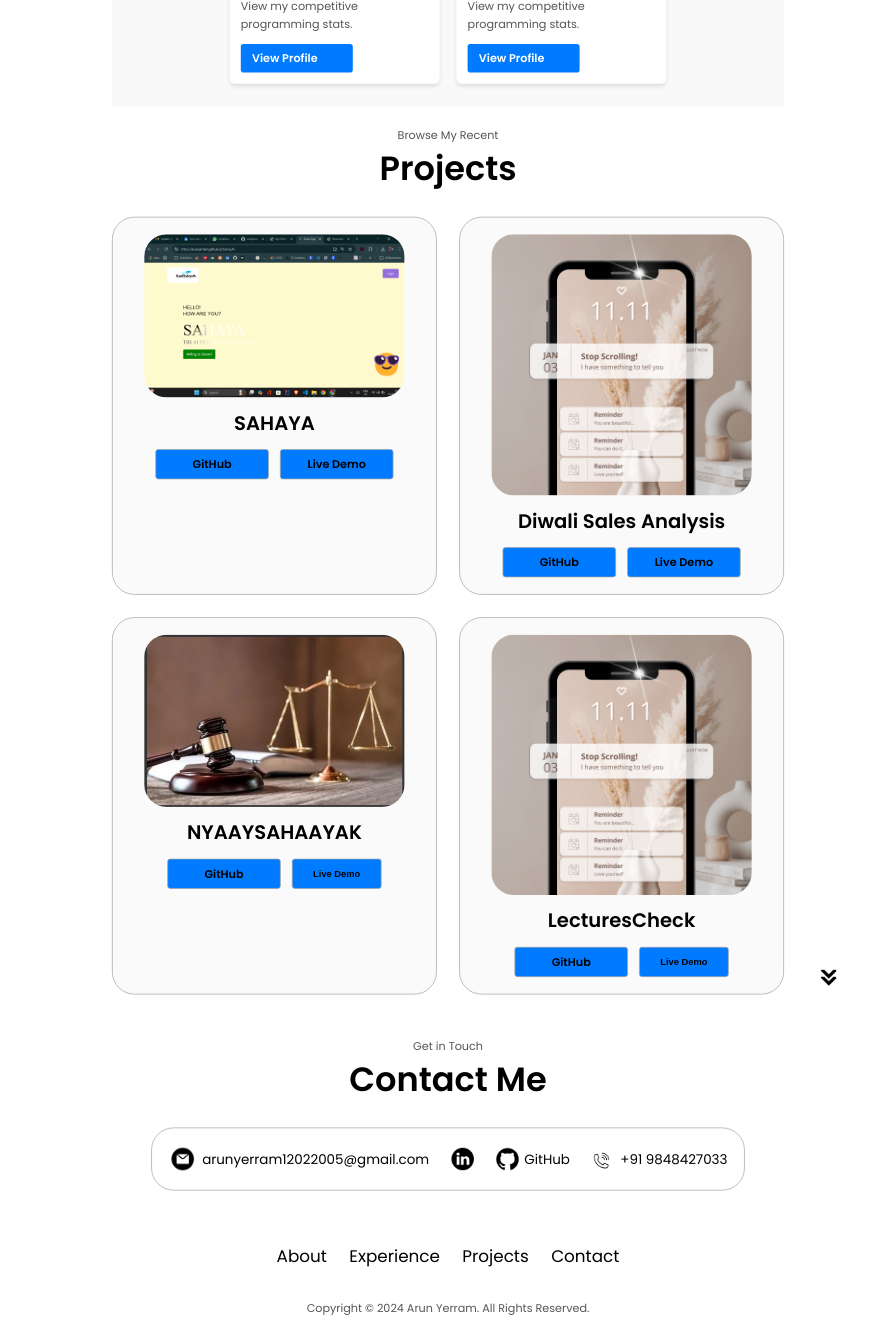
Repository: arunyerram/PortFolio
Page: index.html
These files come from the project's save history. The page is drawn as it stood at one moment and after a run of saves; the edit follows.
The browser window is 1280 px wide. The pictures show the part of the page from y = 2874 to 4794 px (the page is 4794 px tall), at 70% of full size.

Above is the page before, as saved 2025-03-15 18:33:23.

### index.html
<!DOCTYPE html>
<html lang="en">
<head>
  <meta charset="UTF-8" />
  <meta http-equiv="X-UA-Compatible" content="IE=edge" />
  <meta name="viewport" content="width=device-width, initial-scale=1.0" />
  <title>My Portfolio</title>
  <link rel="stylesheet" href="style.css" />
  <link rel="stylesheet" href="mediaqueries.css" />
</head>
<body>
  <nav id="desktop-nav">
    <div class="logo">ARUN YERRAM</div>
    <div>
      <ul class="nav-links">
        <li><a href="#about">About</a></li>
        <li><a href="#experience">Experience</a></li>
        <li><a href="#projects">Projects</a></li>
        <li><a href="#contact">Contact</a></li>
      </ul>
    </div>
  </nav>
  <nav id="hamburger-nav">
    <div class="logo">ARUN YERRAM</div>
    <div class="hamburger-menu">
      <div class="hamburger-icon" onclick="toggleMenu()">
        <span></span>
        <span></span>
        <span></span>
      </div>
      <div class="menu-links">
        <li><a href="#about" onclick="toggleMenu()">About</a></li>
        <li><a href="#experience" onclick="toggleMenu()">Experience</a></li>
        <li><a href="#projects" onclick="toggleMenu()">Projects</a></li>
        <li><a href="#contact" onclick="toggleMenu()">Contact</a></li>
      </div>
    </div>
  </nav>
  <section id="profile">
    <div class="section__pic-container">
      <img src="./assets/Photo1.jpg" alt="John Doe profile picture" width="400px" height="250px" />
    </div>
    <div class="section__text">
      <p class="section__text__p1">Hello, I'm</p>
      <h1 class="title">ARUN YERRAM</h1>
      <p class="section__text__p2">FullStack Developer</p>
      <div class="btn-container">
        <button class="btn btn-color-2" onclick="window.open('./assets/My_Resume.pdf')">Download CV</button>
        <button class="btn btn-color-1" onclick="location.href='./#contact'">Contact Info</button>
      </div>

      <!-- <div id="coding-profiles">
        <p>My Coding Profiles</p>
        <div class="coding-icons">
          <img src="./assets/leetcode.png" alt="My LeetCode profile" class="icon" onclick="window.open('https://leetcode.com/u/arun_2005/', '_blank')" width="80px"/>
          <img src="./assets/GFG.jpeg" alt="My GFG profile" class="icon" width="80px" onclick="window.open('https://www.geeksforgeeks.org/user/arunyerram/?utm_source=geeksforgeeks&utm_medium=my_profile&utm_campaign=auth_user', '_blank')" />
          <img src="./assets/CodeChef.jpeg" alt="My CodeChef profile" class="icon" onclick="window.open('https://www.codechef.com/users/yarun2k05', '_blank')" width="80px"/>
          <img src="./assets/Codeforces.png" alt="My CodeForces profile" class="icon" width="80px" onclick="window.open('https://codeforces.com/profile/Arunyerram_12', '_blank')" />
          <img src="./assets/IB.png" alt="My InterviewBit profile" class="icon" width="80px" onclick="window.open('https://www.interviewbit.com/profile/yerram-arun/', '_blank')" />
        </div> -->
    </div>
  </section>
  <section id="about">
    <p class="section__text__p1">Get To Know More</p>
    <h1 class="title">About Me</h1>
    <div class="section-container">
      <div class="section__pic-container">
        <img src="./assets/Photo1.jpg" alt="Profile picture" class="about-pic" width="300px"/>
      </div>
      <div class="about-details-container">
        <div class="about-containers">
          <div class="details-container">
            <img src="./assets/experience.png" alt="Experience icon" class="icon" />
            <h3>Experience and Learning</h3>
            <p>0-2 years <br />Full Stack Development</p>
          </div>
          <div class="details-container">
            <img src="./assets/education.png" alt="Education icon" class="icon" />
            <h3>Education</h3>
            <p>Pursuing B.Tech (Bachelors Degree) Majoring in Data Science From Keshav Memorial Institute of Technology <br /></p>
          </div>
        </div>
        <div class="text-container">
          <p>I have a keen interest in <b>Full Stack Development , </b> <b>Problem Solving</b> and am eager to learn <b> Data Science </b> and explore various tech fields.</p>
        </div>
      </div>
    </div>
    <img src="./assets/arrow.png" alt="Arrow icon" class="icon arrow" onclick="location.href='./#experience'" />
  </section>
  <section id="experience">
    <p class="section__text__p1">Explore My</p>
    <h1 class="title">Experience</h1>
    <div class="experience-details-container">
      <div class="about-containers">
        <div class="details-container">
          <h2 class="experience-sub-title">Full Stack Development</h2>
          <div class="article-container">
            <article>
              <img src="./assets/checkmark.png" alt="Experience icon" class="icon" />
              <div>
                <h3>HTML</h3>
                <p>Experienced</p>
              </div>
            </article>

            <article>
              <img src="./assets/checkmark.png" alt="Experience icon" class="icon" />
              <div>
                <h3>CSS</h3>
                <p>Experienced</p>
              </div>
            </article>

            <article>
              <img src="./assets/checkmark.png" alt="Experience icon" class="icon" />
              <div>
                <h3>JS</h3>
                <p>Intermediate</p>
              </div>
            </article>

            <article>
              <img src="./assets/checkmark.png" alt="Experience icon" class="icon" />
              <div>
                <h3>React</h3>
                <p>Intermediate</p>
              </div>
            </article>

            <article>
              <img src="./assets/checkmark.png" alt="Experience icon" class="icon" />
              <div>
                <h3>MongoDB</h3>
                <p>Intermediate</p>
              </div>
            </article>

            <article>
              <img src="./assets/checkmark.png" alt="Experience icon" class="icon" />
              <div>
                <h3>Node JS</h3>
                <p>Intermediate</p>
              </div>
            </article>

            <article>
              <img src="./assets/checkmark.png" alt="Experience icon" class="icon" />
              <div>
                <h3>Express JS</h3>
                <p>Intermediate</p>
              </div>
            </article>

            <article>
              <img src="./assets/checkmark.png" alt="Experience icon" class="icon" />
              <div>
                <h3>Git & GitHub</h3>
                <p>Intermediate</p>
              </div>
            </article>

          </div>
        </div>
        <div class="details-container">
          <h2 class="experience-sub-title">DSA and Languages</h2>
          <div class="article-container">
            <article>
              <img src="./assets/checkmark.png" alt="Experience icon" class="icon" />
              <div>
                <h3>CPP</h3>
                <p>Intermediate</p>
              </div>
            </article>
            <article>
              <img src="./assets/checkmark.png" alt="Experience icon" class="icon" />
              <div>
                <h3>Python</h3>
                <p>Intermediate</p>
              </div>
            </article>

            <article>
              <img src="./assets/checkmark.png" alt="Experience icon" class="icon" />
              <div>
                <h3>JavaScript</h3>
                <p>Intermediate</p>
              </div>
            </article>

            <article>
              <img src="./assets/checkmark.png" alt="Experience icon" class="icon" />
              <div>
                <h3>Java</h3>
                <p>Intermediate</p>
              </div>
            </article>

            <article>
              <img src="./assets/checkmark.png" alt="Experience icon" class="icon" />
              <div>
                <h3>C</h3>
                <p>Intermediate</p>
              </div>
            </article>
          </div>
        </div>
      </div>
    </div>
    <img src="./assets/arrow.png" alt="Arrow icon" class="icon arrow" onclick="location.href='./#projects'" />
  </section>



  <section class="coding-profiles">
    <h2 class="section-title">My Coding Profiles</h2>
    <div class="card-container">
      <!-- LeetCode Card -->
      <div class="card">
        <img src="./assets/leetcode.jpg" alt="LeetCode" class="card-img">
        <div class="card-body">
          <h3 class="card-title">LeetCode</h3>
          <p class="card-text">Explore my coding journey on LeetCode.</p>
          <a href="https://leetcode.com/arun_2005" target="_blank" class="btn">View Profile</a>
        </div>
      </div>

      <!-- GeeksforGeeks Card -->
      <div class="card">
        <img src="./assets/geeksforgeeks.jpg" alt="GeeksforGeeks" class="card-img">
        <div class="card-body">
          <h3 class="card-title">GeeksforGeeks</h3>
          <p class="card-text">Check out my problem-solving on GFG.</p>
          <a href="https://www.geeksforgeeks.org/user/arunyerram/" target="_blank" class="btn">View Profile</a>
        </div>
      </div>

      <!-- Add More Cards -->
      <div class="card">
        <img src="./assets/codechef.jpg" alt="Codeforces" class="card-img">
        <div class="card-body">
          <h3 class="card-title">Codechef</h3>
          <p class="card-text">View my competitive programming stats.</p>
          <a href="https://www.codechef.com/users/yarun2k05" target="_blank" class="btn">View Profile</a>
        </div>
      </div>

      <div class="card">
        <img src="./assets/codeforces.jpg" alt="Codeforces" class="card-img">
        <div class="card-body">
          <h3 class="card-title">Codeforces</h3>
          <p class="card-text">View my competitive programming stats.</p>
          <a href="https://codeforces.com/profile/Arunyerram_12" target="_blank" class="btn">View Profile</a>
        </div>
      </div>

    </div>
  </section>




  <section id="projects">
    <p class="section__text__p1">Browse My Recent</p>
    <h1 class="title">Projects</h1>

    <div class="experience-details-container">

      <div class="about-containers">



        <div class="details-container color-container">
          <div class="article-container">
            <img src="./assets/SahayA_Image.png" alt="Project 2" class="project-img" />
          </div>
          <h2 class="experience-sub-title project-title">SAHAYA</h2>
          <!-- <div class="btn-container">
            <button class="btn btn-color-2 project-btn" onclick="location.href='https://github.com/ARUN-YERRAM/LecturesCheck'">GitHub</button>
            <button class="btn btn-color-2 project-btn" onclick="location.href=''">Live Demo</button>
          </div> -->
          <div class="btn-container">
            <a href="https://github.com/arunyerram/SahayA" class="btn btn-color-2 project-btn" target="_blank">GitHub</a>
            <a href="" class="btn btn-color-2 project-btn" target="_blank">Live Demo</a>
          </div>

        </div>

        <div class="details-container color-container">
          <div class="article-container">
            <img src="./assets/project-2.png" alt="Project 2" class="project-img" />
          </div>
          <h2 class="experience-sub-title project-title">Diwali Sales Analysis</h2>
          <!-- <div class="btn-container">
            <button class="btn btn-color-2 project-btn" onclick="location.href='https://github.com/ARUN-YERRAM/LecturesCheck'">GitHub</button>
            <button class="btn btn-color-2 project-btn" onclick="location.href=''">Live Demo</button>
          </div> -->
          <div class="btn-container">
            <a href="https://github.com/arunyerram/Data-Analysis-Project" class="btn btn-color-2 project-btn" target="_blank">GitHub</a>
            <a href="" class="btn btn-color-2 project-btn" target="_blank">Live Demo</a>
          </div>

        </div>

        <div class="details-container color-container">
          <div class="article-container">
            <img src="./assets/P1.png" alt="Project 1" class="project-img" />
          </div>
          <h2 class="experience-sub-title project-title">NYAAYSAHAAYAK</h2>
          <div class="btn-container">
            <a href="https://github.com/arunyerram/NYAAYSAHAAYAK" class="btn btn-color-2 project-btn" target="_blank">GitHub</a>
            <!-- <button class="btn btn-color-2 project-btn" onclick="location.href=''">GitHub</button> -->
            <button class="btn btn-color-2 project-btn" onclick="location.href=''">Live Demo</button>
          </div>
        </div>

        <div class="details-container color-container">
          <div class="article-container">
            <img src="./assets/project-2.png" alt="Project 2" class="project-img" />
          </div>
          <h2 class="experience-sub-title project-title">LecturesCheck</h2>
          <div class="btn-container">
            <a href="https://github.com/arunyerram/LECTURESCHECKFRONTEND" class="btn btn-color-2 project-btn" target="_blank">GitHub</a>
            <!-- <button class="btn btn-color-2 project-btn" onclick="location.href='https://github.com/ARUN-YERRAM/LecturesCheck'">GitHub</button> -->
            <button class="btn btn-color-2 project-btn" onclick="location.href=''">Live Demo</button>
          </div>
        </div>

      </div>

    </div>
    <img src="./assets/arrow.png" alt="Arrow icon" class="icon arrow" onclick="location.href='./#contact'" />
  </section>


  <section id="contact">
    <p class="section__text__p1">Get in Touch</p>
    <h1 class="title">Contact Me</h1>
    <div class="contact-info-upper-container">
      <div class="contact-info-container">
        <img src="./assets/email.png" alt="Email icon" class="icon contact-icon email-icon" />
        <p><a href="mailto:arunyerram12022005@gmail.com">arunyerram12022005@gmail.com</a></p>
      </div>
      <div class="contact-info-container">
        <img src="./assets/linkedin.png" alt="LinkedIn icon" class="icon contact-icon" />
        <!-- <p></p> -->
      </div>
      <div class="contact-info-container">
        <img src="./assets/github.png" alt="LinkedIn icon" class="icon contact-icon" />
        <p><a href="https://www.github.com/ARUN-YERRAM/" target="_blank">GitHub</a></p>
      </div>

      <div class="contact-info-container">
        <img src="./assets/phone.png" alt="Phone icon" class="icon contact-icon" />
        <p><a href="tel:+91 630 199 0000">+91 9848427033</a></p>
    </div>
  </section>
  <footer>
    <nav>
      <div class="nav-links-container">
        <ul class="nav-links">
          <li><a href="#about">About</a></li>
          <li><a href="#experience">Experience</a></li>
          <li><a href="#projects">Projects</a></li>
          <li><a href="#contact">Contact</a></li>
        </ul>
      </div>
    </nav>
    <p>Copyright &#169; 2024 Arun Yerram. All Rights Reserved.</p>
  </footer>
  <script src="script.js"></script>
</body>
</html>

### mediaqueries.css
@media screen and (max-width: 1400px) {
  #profile {
    height: 83vh;
    margin-bottom: 6rem;
  }
  .about-containers {
    flex-wrap: wrap;
  }
  #contact,
  #projects {
    height: fit-content;
  }
}

@media screen and (max-width: 1200px) {
  #desktop-nav {
    display: none;
  }
  #hamburger-nav {
    display: flex;
  }
  #experience,
  .experience-details-container {
    margin-top: 2rem;
  }
  #profile,
  .section-container {
    display: block;
  }
  .arrow {
    display: none;
  }
  section,
  .section-container {
    height: fit-content;
  }
  section {
    margin: 0 5%;
  }
  .section__pic-container {
    width: 275px;
    height: 275px;
    margin: 0 auto 2rem;
  }
  .about-containers {
    margin-top: 0;
  }
}

@media screen and (max-width: 600px) {
  #contact,
  footer {
    height: 40vh;
  }
  #profile {
    height: 83vh;
    margin-bottom: 0;
  }
  article {
    font-size: 1rem;
  }
  footer nav {
    height: fit-content;
    margin-bottom: 2rem;
  }
  .about-containers,
  .contact-info-upper-container,
  .btn-container {
    flex-wrap: wrap;
  }
  .contact-info-container {
    margin: 0;
  }
  .contact-info-container p,
  .nav-links li a {
    font-size: 1rem;
  }
  .experience-sub-title {
    font-size: 1.25rem;
  }
  .logo {
    font-size: 1.5rem;
  }
  .nav-links {
    flex-direction: column;
    gap: 0.5rem;
    text-align: center;
  }
  .section__pic-container {
    width: auto;
    height: 46vw;
    justify-content: center;
  }
  .section__text__p2 {
    font-size: 1.25rem;
  }
  .title {
    font-size: 2rem;
  }
  .text-container {
    text-align: justify;
  }
}

Loaded but not shown: script.js (common file); style.css (523 lines, source omitted)

After the next 2 saves:
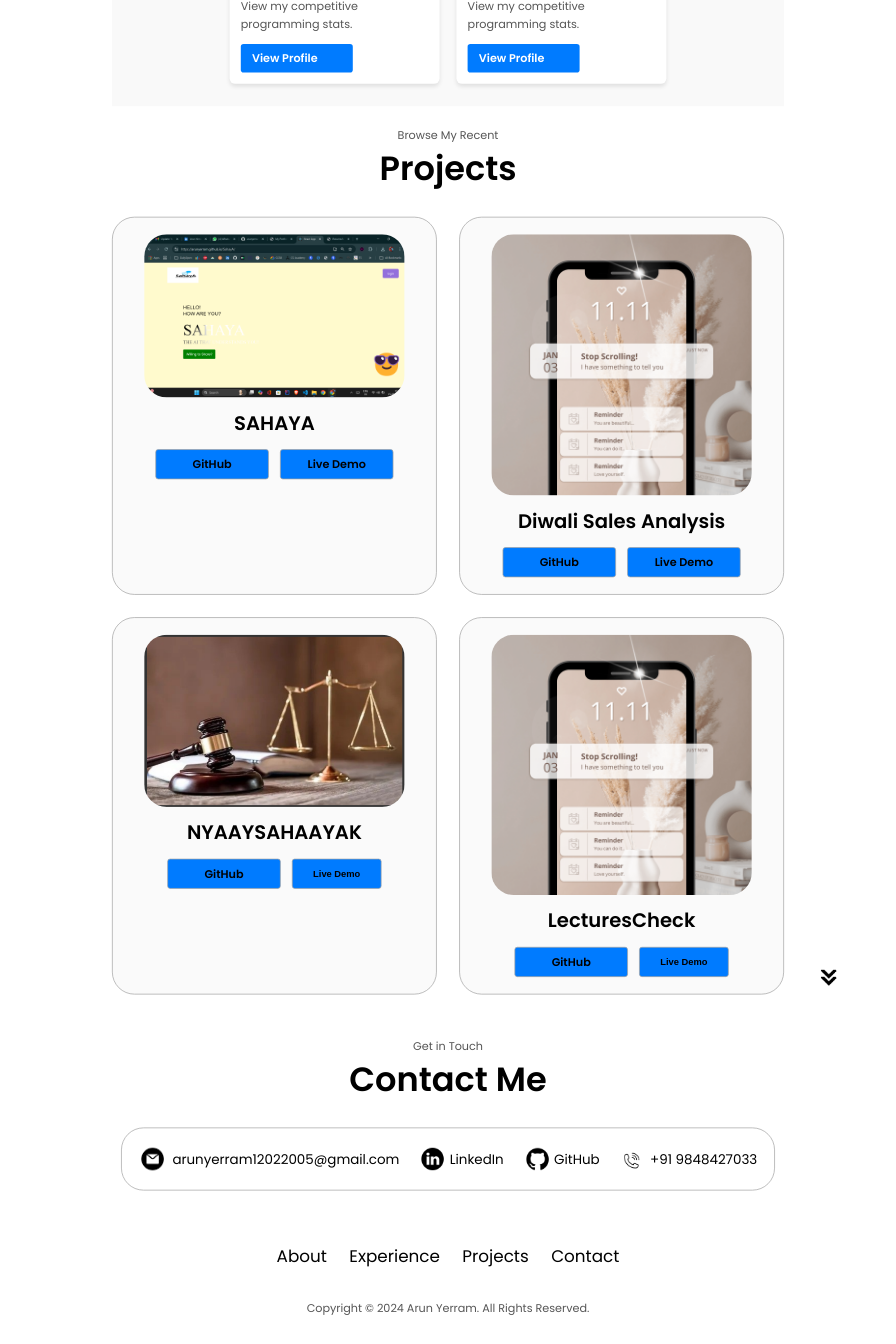
The 2 saves are shown as one change because they came seconds apart.
The last was saved 7 s later.
--- a/index.html
+++ b/index.html
@@ -342,7 +342,7 @@
       </div>
       <div class="contact-info-container">
         <img src="./assets/linkedin.png" alt="LinkedIn icon" class="icon contact-icon" />
-        <!-- <p></p> -->
+        <p><a href="https://www.linkedin.com/in/arun-yerram/" target="_blank">LinkedIn</a></p>
       </div>
       <div class="contact-info-container">
         <img src="./assets/github.png" alt="LinkedIn icon" class="icon contact-icon" />
